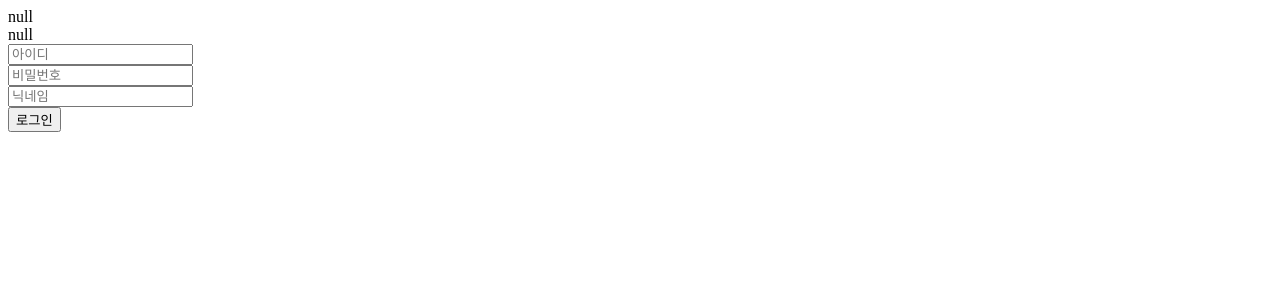
Repository: hanbeen03/javabasic
Page: http://localhost/JSPBasic/04-session/session_login.jsp
An editor plug-in stored every save of this project. The page is shown before and after the next save, followed by the edit.
The browser window is 1280 px wide. The pictures show the whole page.
The page is served by Tomcat 9.

Above is the page before, as saved 2021-08-03 03:15:55.

### JSPBasic/WebContent/04-session/session_login.jsp
<%@ page language="java" contentType="text/html; charset=UTF-8"
    pageEncoding="UTF-8"%>
<%
	String id = (String)session.getAttribute("session_id");
	String nick = (String)session.getAttribute("session_nick");

	out.println(id + "<br/>");
	out.println(nick);
%>
<!DOCTYPE html>
<html>
<head>
<meta charset="UTF-8">
<title>Insert title here</title>
</head>
<body>
	<form action="session_login_ok.jsp" method="post">
		<input type="text" name="loginId" placeholder="아이디" /><br/>
		<input type="password" name="loginPw" placeholder="비밀번호" /><br/>
		<input type="text" name="loginNick" placeholder="닉네임" /><br/>
		<input type="submit" value="로그인" />

	</form>
</body>
</html>

After the next save:
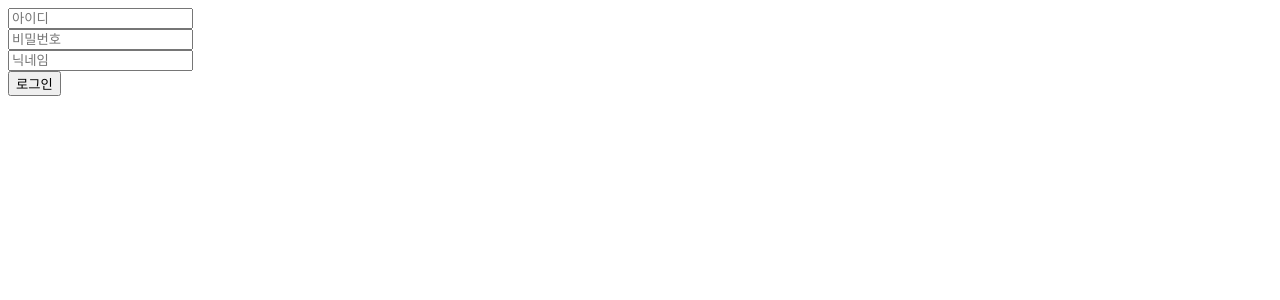
Saved 19 min 47 s later.
--- a/JSPBasic/WebContent/04-session/session_login.jsp
+++ b/JSPBasic/WebContent/04-session/session_login.jsp
@@ -1,12 +1,12 @@
 <%@ page language="java" contentType="text/html; charset=UTF-8"
     pageEncoding="UTF-8"%>
-<%
+<%--
 	String id = (String)session.getAttribute("session_id");
 	String nick = (String)session.getAttribute("session_nick");
 
 	out.println(id + "<br/>");
 	out.println(nick);
-%>
+--%>
 <!DOCTYPE html>
 <html>
 <head>
